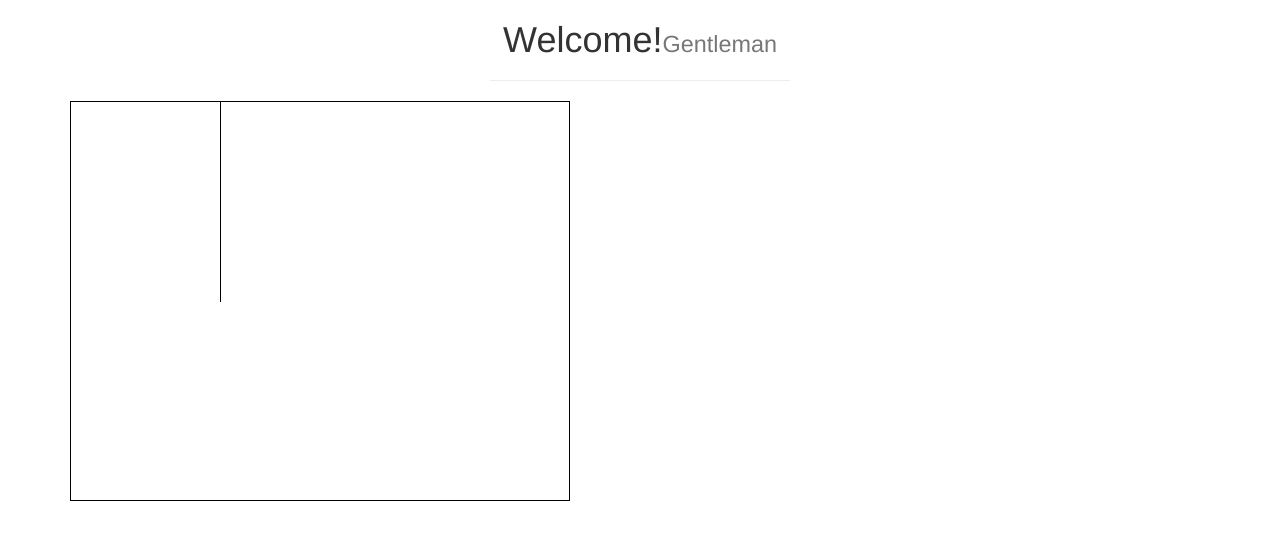
Repository: JasonBour/Beautypedia
Page: http://localhost/
These files come from the project's save history. The page is drawn as it stood at one moment and after the next save; the edit follows.
The browser window is 1280 px wide. The pictures show the whole page.
The page is run by PHP 8.4 with error messages shown; the project is at /var/www/html/.

Above is the page before, as saved 2015-09-13 12:19:21.

After the next save:
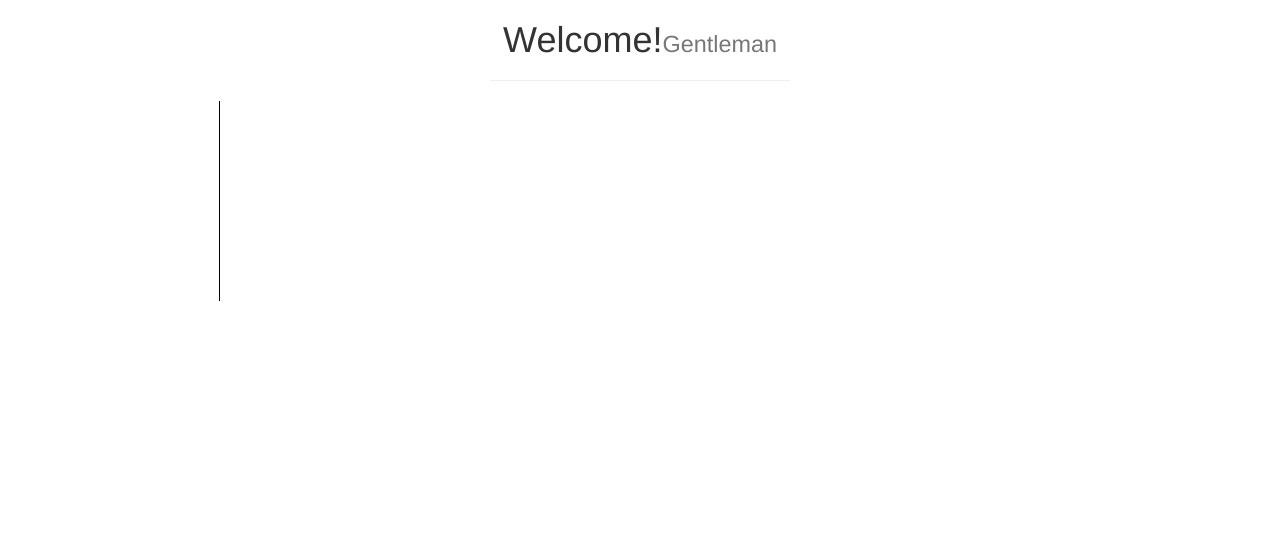
Saved 21 s later.
--- a/Beautypedia/index.php
+++ b/Beautypedia/index.php
@@ -14,7 +14,7 @@
 
      <HR align=center width=300 color=#987cb9 SIZE=1>
 
-     <div style="border: solid 1px #000000; width:500px; height:400px; line-height:400px;" align="left"><div style="width:150px; height:200px; border-right: solid 1px #000000"></div></div>
+   <div style="width:150px; height:200px; border-right: solid 1px #000000"></div>
     </div>
 
 
